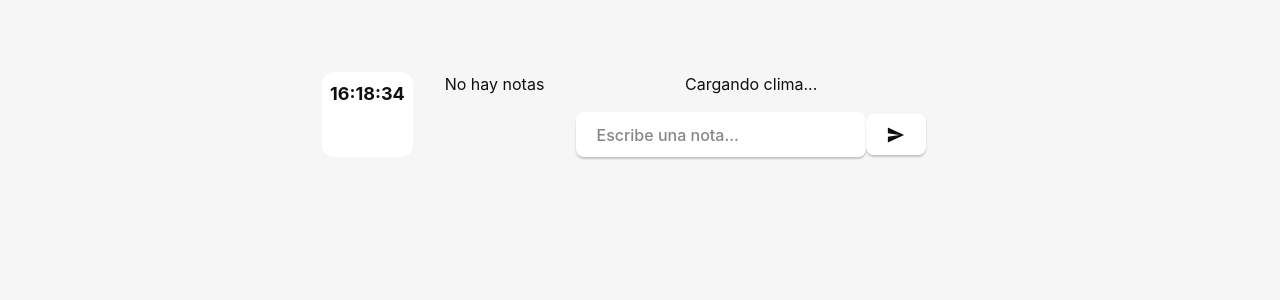
Repository: CodeByEvans/my-romantic-widget
Page: /
An editor plug-in stored every save of this project. The page is shown before and after a run of saves, followed by the edit.
The browser window is 1280 px wide. The pictures show the whole page.
The page's requests for data from a server got no answer. The project was rebuilt for these pictures with package versions that can differ from the ones it lists, and the page was loaded fresh each time. No one was signed in, and anything a server would have sent is missing. Also part of the build but not shown: vite.config.ts.

Above is the page before, as saved 2025-11-03 20:36:20.

### src/App.tsx
import "./App.css";
import { Clock } from "./components/Clock";
import { NoteInput } from "./components/NoteInput";
import { NotesList } from "./components/NotesList";
import { WeatherWidget } from "./components/WeatherWidget";

function App() {
  return (
    <main className="container mx-auto p-4">
      <section className="flex flex-row gap-8  max-w-4xl mx-auto">
        <Clock />
        <NotesList />
        <div>
          <WeatherWidget />
          <NoteInput />
        </div>
        <div></div>
      </section>
    </main>
  );
}

export default App;

### src/App.css
@import "tailwindcss";

.logo.vite:hover {
  filter: drop-shadow(0 0 2em #747bff);
}

.logo.react:hover {
  filter: drop-shadow(0 0 2em #61dafb);
}
:root {
  font-family: Inter, Avenir, Helvetica, Arial, sans-serif;
  font-size: 16px;
  line-height: 24px;
  font-weight: 400;

  color: #0f0f0f;
  background-color: #f6f6f6;

  font-synthesis: none;
  text-rendering: optimizeLegibility;
  -webkit-font-smoothing: antialiased;
  -moz-osx-font-smoothing: grayscale;
  -webkit-text-size-adjust: 100%;
}

.container {
  margin: 0;
  padding-top: 10vh;
  display: flex;
  flex-direction: column;
  justify-content: center;
  text-align: center;
}

.logo {
  height: 6em;
  padding: 1.5em;
  will-change: filter;
  transition: 0.75s;
}

.logo.tauri:hover {
  filter: drop-shadow(0 0 2em #24c8db);
}

.row {
  display: flex;
  justify-content: center;
}

a {
  font-weight: 500;
  color: #646cff;
  text-decoration: inherit;
}

a:hover {
  color: #535bf2;
}

h1 {
  text-align: center;
}

input,
button {
  border-radius: 8px;
  border: 1px solid transparent;
  padding: 0.6em 1.2em;
  font-size: 1em;
  font-weight: 500;
  font-family: inherit;
  color: #0f0f0f;
  background-color: #ffffff;
  transition: border-color 0.25s;
  box-shadow: 0 2px 2px rgba(0, 0, 0, 0.2);
}

button {
  cursor: pointer;
}

button:hover {
  border-color: #396cd8;
}
button:active {
  border-color: #396cd8;
  background-color: #e8e8e8;
}

input,
button {
  outline: none;
}

#greet-input {
  margin-right: 5px;
}

@media (prefers-color-scheme: dark) {
  :root {
    color: #f6f6f6;
    background-color: #2f2f2f;
  }

  a:hover {
    color: #24c8db;
  }

  input,
  button {
    color: #ffffff;
    background-color: #0f0f0f98;
  }
  button:active {
    background-color: #0f0f0f69;
  }
}

### src/components/Clock.tsx
import { useEffect, useState } from "react";

export const Clock = () => {
  const [time, setTime] = useState(new Date());

  useEffect(() => {
    const interval = setInterval(() => {
      setTime(new Date());
    }, 1000); // actualiza cada segundo

    return () => clearInterval(interval); // limpia al desmontar
  }, []);

  const hours = time.getHours().toString().padStart(2, "0");
  const minutes = time.getMinutes().toString().padStart(2, "0");
  const seconds = time.getSeconds().toString().padStart(2, "0");

  return (
    <div className="text-lg font-bold bg-white rounded-xl p-2 bg-opacity-30 backdrop-blur-md">
      <p>
        {hours}:{minutes}:{seconds}
      </p>
    </div>
  );
};

### src/components/NoteInput.tsx
import { IoMdSend } from "react-icons/io";

export const NoteInput = () => {
  return (
    <form action="" className="flex flex-row items-center">
      <input
        type="text"
        placeholder="Escribe una nota..."
        className="mt-4 p-2 border rounded w-full max-w-md"
      />
      <button
        type="submit"
        className="mt-4 p-2 bg-blue-500 text-white rounded max-w-sm"
      >
        <IoMdSend size={20} />
      </button>
    </form>
  );
};

### src/components/NotesList.tsx
import { useRealTimeNotes } from "../hooks/useRealTimeNotes";

export const NotesList = () => {
  const notes = useRealTimeNotes();

  const sortedNotes = [...notes].sort(
    (a, b) =>
      new Date(b.created_at).getTime() - new Date(a.created_at).getTime()
  );

  const noteToShow = sortedNotes[0];

  if (!noteToShow) return <div>No hay notas</div>;

  return (
    <div className="flex flex-col gap-4  overflow-y-auto w-max min-w-[200px] max-w-md p-4  bg-opacity-30 backdrop-blur-md rounded-xl">
      <div>
        <div className="flex justify-between items-center mb-1">
          <h3 className="font-bold text-lg text-left">{noteToShow.from}</h3>
          <small className="text-xs text-right">
            {new Date(noteToShow.created_at).toLocaleString()}
          </small>
        </div>
        <p className="text-left">{noteToShow.message}</p>
      </div>
    </div>
  );
};

### src/components/WeatherWidget.tsx
import { useWeather } from "../hooks/useWeather";
import { WeatherData } from "../types/weather";

export const WeatherWidget = () => {
  const { data, loading, errorWeather } = useWeather();

  if (errorWeather) {
    return <div>{errorWeather}</div>;
  }

  if (loading || !data) {
    return <div>Cargando clima...</div>;
  }

  return (
    <div className="flex gap-6 w-full justify-center bg-blue-200 bg-opacity-30 backdrop-blur-md rounded-xl">
      {Object.entries(data).map(([city, info]: [string, WeatherData]) => (
        <div key={city} className="p-4 rounded-xl">
          <h2 className="text-xl font-bold mb-2">{city}</h2>

          <p className="text-3xl font-semibold">{info.main.temp}°C</p>
        </div>
      ))}
    </div>
  );
};

### src/hooks/useRealTimeNotes.ts
import { useEffect, useState } from "react";
import z from "zod";
import { supabase } from "../services/supabaseClient";

const noteSchema = z.object({
  id: z.number(),
  from: z.string(),
  message: z.string(),
  created_at: z.string(),
});

type Note = z.infer<typeof noteSchema>;

export const useRealTimeNotes = () => {
  const [notes, setNotes] = useState<Note[]>([]);

  useEffect(() => {
    // Cargar notas iniciales
    supabase
      .from<"notes", Note>("notes")
      .select("*")
      .then(({ data, error }) => {
        if (data) {
          setNotes(data);
          console.log("Notas cargadas:", data);
        } else {
          console.error("Error fetching notes:", error);
        }
      });

    // Suscripción en tiempo real
    const channel = supabase
      .channel("public:notes")
      .on(
        "postgres_changes",
        { event: "*", schema: "public", table: "notes" },
        (payload) => {
          console.log("Cambio dettectado:", payload);

          if (payload.eventType === "INSERT") {
            const newNote = noteSchema.parse(payload.new);
            setNotes((prevNotes) => [...prevNotes, newNote]);
            console.log("Nota añadida:", newNote);
          } else if (payload.eventType === "UPDATE") {
            setNotes((prev) =>
              prev.map((note) =>
                note.id === payload.new.id
                  ? noteSchema.parse(payload.new)
                  : note
              )
            );
          } else if (payload.eventType === "DELETE") {
            setNotes((prev) =>
              prev.filter((note) => note.id !== payload.old.id)
            );
          }
        }
      )
      .subscribe();

    return () => {
      supabase.removeChannel(channel);
    };
  }, []);

  return notes;
};

### src/hooks/useWeather.ts
import { useEffect, useState } from "react";
import {
  getCityByCoordinates,
  getWeatherByCity,
} from "../services/weatherService";
import { WeatherData } from "../types/weather";
import { useGeolocation } from "./useGeolocation";

export const useWeather = () => {
  const { coords, error } = useGeolocation();
  const [data, setData] = useState<Record<string, WeatherData> | null>(null);
  const [loading, setLoading] = useState<boolean>(false);
  const [errorWeather, setErrorWeather] = useState<string | null>(null);

  useEffect(() => {
    if (error) setErrorWeather(error);
  }, [error]);

  useEffect(() => {
    if (!coords) return;

    const fetchWeather = async () => {
      setLoading(true);
      try {
        const city = await getCityByCoordinates(
          coords.latitude,
          coords.longitude
        );
        const weather = await getWeatherByCity(city[0].name);
        setData({ [city[0].name]: weather });
      } catch (error) {
        console.error(error);
      } finally {
        setLoading(false);
      }
    };

    fetchWeather();
  }, [coords]);

  return { data, loading, errorWeather };
};

### src/services/supabaseClient.ts
import { createClient } from "@supabase/supabase-js";
import { envs } from "../config/envs";

export const supabase = createClient(envs.supabaseUrl, envs.supabaseAnonKey, {
  realtime: {
    params: {
      eventsPerSecond: 10,
    },
  },
});

### src/services/weatherService.ts
import { envs } from "../config/envs";

export const getWeatherByCity = async (city: string) => {
  const response = await fetch(
    `https://api.openweathermap.org/data/2.5/weather?q=${city}&appid=${envs.openWeatherApiKey}&units=metric`
  );

  if (!response.ok) {
    throw new Error("No se pudo obtener el clima");
  }
  return response.json();
};

export const getCityByCoordinates = async (lat: number, lon: number) => {
  const response = await fetch(
    `https://api.openweathermap.org/geo/1.0/reverse?lat=${lat}&lon=${lon}&limit=1&appid=${envs.openWeatherApiKey}`
  );

  if (!response.ok) {
    throw new Error("No se pudo obtener la ciudad");
  }

  return response.json();
};

### src/hooks/useGeolocation.ts
import { useEffect, useState } from "react";

export const useGeolocation = () => {
  const [coords, setCoords] = useState<{
    latitude: number;
    longitude: number;
  } | null>(null);
  const [error, setError] = useState<string | null>(null);

  useEffect(() => {
    if (!navigator.geolocation) {
      setError("Geolocalización no soportada por el navegador");
      return;
    }

    navigator.geolocation.getCurrentPosition(
      (position) => {
        setCoords({
          latitude: position.coords.latitude,
          longitude: position.coords.longitude,
        });
      },
      (err) => {
        setError(`Error obteniendo la geolocalización: ${err.message}`);
      }
    );
  }, []);

  return { coords, error };
};

### src/config/envs.ts
import * as z from "zod";

const envSchema = z.object({
  VITE_SUPABASE_URL: z.string().url(),
  VITE_SUPABASE_ANON_KEY: z.string().min(1),
  VITE_OPEN_WEATHER_API_KEY: z.string().min(1),
});

const parsed = envSchema.parse(import.meta.env);

export const envs = {
  supabaseUrl: parsed.VITE_SUPABASE_URL,
  supabaseAnonKey: parsed.VITE_SUPABASE_ANON_KEY,
  openWeatherApiKey: parsed.VITE_OPEN_WEATHER_API_KEY,
};

Loaded but not shown: index.html (common file); src/main.tsx (common file)

After the next 2 saves:
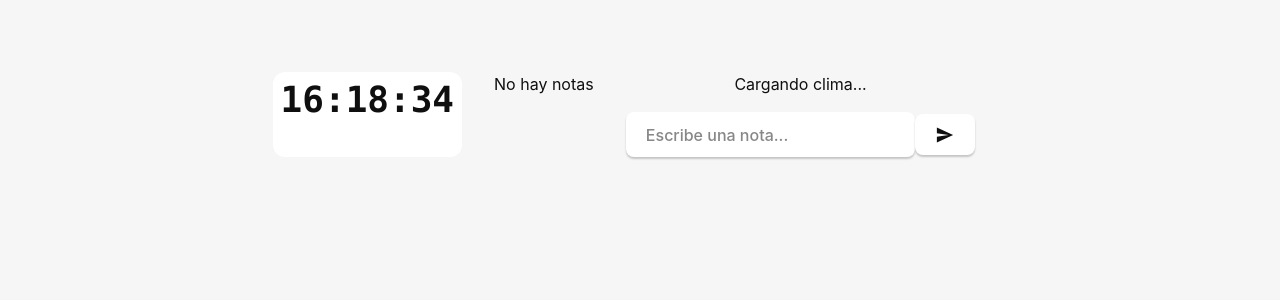
The 2 saves are shown as one change because they came seconds apart.
The last was saved 7 s later.
--- a/src/components/Clock.tsx
+++ b/src/components/Clock.tsx
@@ -17,7 +17,7 @@ export const Clock = () => {
 
   return (
     <div className="text-lg font-bold bg-white rounded-xl p-2 bg-opacity-30 backdrop-blur-md">
-      <p>
+      <p className="text-4xl font-mono">
         {hours}:{minutes}:{seconds}
       </p>
     </div>
